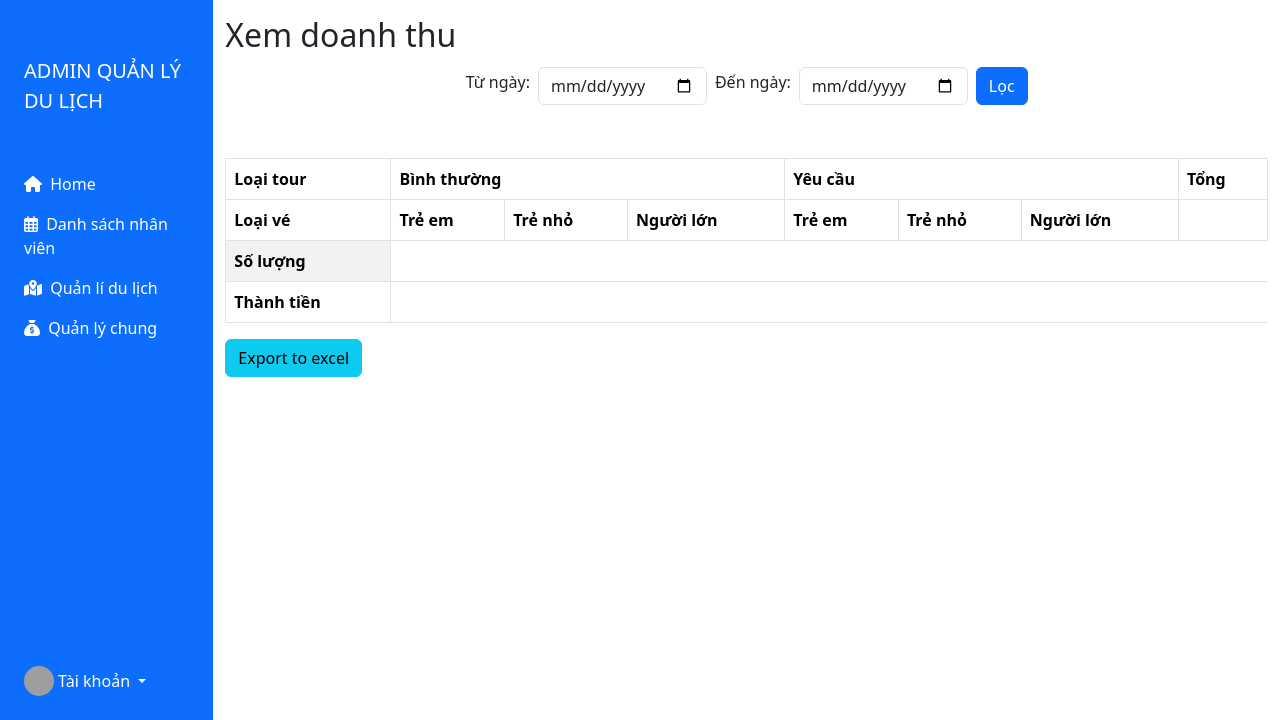
Repository: vantohuu/BOOKINGTOUR
Page: http://localhost/BOOKINGTOUR/WEB-INF/views/doanhthu/doanhthu.jsp
An editor plug-in stored every save of this project. The page is shown before and after the next save, followed by the edit.
The browser window is 1280 px wide. The pictures show the whole page.
Pictures or frames that could not be fetched are drawn as grey boxes. Some web libraries are served in a nearby version. The page is served by Tomcat 9. Nobody is signed in. Other server files are loaded and not shown. The template is opened directly, without the code that normally fills it, so the values that code supplies are empty.

Above is the page before, as saved 2023-06-05 23:49:15.
Console error: ReferenceError: $ is not defined

### BOOKINGTOUR/src/main/webapp/WEB-INF/views/doanhthu/doanhthu.jsp
<%@ page language="java" contentType="text/html; charset=UTF-8"
    pageEncoding="UTF-8"%>
        <%@ taglib uri="http://java.sun.com/jstl/core_rt" prefix="c"%>
<%@ taglib uri="http://java.sun.com/jstl/fmt_rt" prefix="f"%>
<!DOCTYPE html>
<html>
<head>
<meta charset="UTF-8">
 <link href="https://cdn.jsdelivr.net/npm/bootstrap@5.3.0-alpha1/dist/css/bootstrap.min.css" rel="stylesheet"
     integrity="sha384-GLhlTQ8iRABdZLl6O3oVMWSktQOp6b7In1Zl3/Jr59b6EGGoI1aFkw7cmDA6j6gD" crossorigin="anonymous">
     <script src="https://kit.fontawesome.com/ee36f81461.js" crossorigin="anonymous"></script>
<title>Admin quản lý du lịch</title>
</head>
<body>
<div class="container-fluid">
		<div class="row flex-nowrap">
   <%@ include file="../includes/Navbarc1.jsp" %>
    <script src="https://cdn.jsdelivr.net/npm/bootstrap@5.3.0-alpha1/dist/js/bootstrap.bundle.min.js" integrity="sha384-w76AqPfDkMBDXo30jS1Sgez6pr3x5MlQ1ZAGC+nuZB+EYdgRZgiwxhTBTkF7CXvN" crossorigin="anonymous"></script>

<div class="col py-3">

				<h2>Xem doanh thu</h2>
				<div class="d-flex justify-content-center align-items-center">
					<form action="doanhthu.htm"
						class="d-flex justify-content-center align-items-center">

						<p class="text-nowrap mt-2">Từ ngày:</p>
						<input class="form-control mx-2" name="tungay"
							data-provide="datepicker" type="date">
						<p class="text-nowrap mt-2">Đến ngày:</p>
						<input class="form-control mx-2" name="denngay"
							data-provide="datepicker" type="date">
						<div class="form-group row  ">
							<div class="col-sm-10">
								<button type="submit" class="btn btn-primary">Lọc</button>
							</div>
						</div>
					</form>
				</div>
				<table class="table table-bordered table-striped mt-5" id = "tbldemo">
					<thead>
						<tr>
							<th scope="col">Loại tour</th>
							<th scope="col" colspan="3">Bình thường</th>
							<th scope="col" colspan="3">Yêu cầu</th>
							<th scope="col" colspan="1">Tổng</th>

						</tr>
						<tr>
							<th scope="col">Loại vé</th>
							<th scope="col">Trẻ em</th>
							<th scope="col">Trẻ nhỏ</th>
							<th scope="col">Người lớn</th>
							<th scope="col">Trẻ em</th>
							<th scope="col">Trẻ nhỏ</th>
							<th scope="col">Người lớn</th>
							<th scope="col"></th>

						</tr>
					</thead>
					 <tbody>
						<tr>
							<th scope="row">Số lượng</th>
							<%-- <td>${c_ga_ngay}</td>
							<td>${c_ga_ngay}</td>
							<td>${c_so_dem}</td>
							<td>${c_ga_dem}</td>
							<td>${c_so_thang}</td>
							<td>${c_ga_thang}</td>
							<td>${c_so_ngay + c_so_dem + c_so_thang}</td>
							<td>${c_ga_ngay + c_ga_dem + c_ga_thang}</td>
							<td>${c_so_ngay + c_so_dem + c_so_thang + c_ga_ngay + c_ga_dem + c_ga_thang}</td> --%>
						</tr>
						<tr>
							<th scope="row">Thành tiền</th>
							<%-- <td>${s_ga_ngay}</td>
							<td>${s_ga_ngay}</td>
							<td>${s_so_dem}</td>
							<td>${s_ga_dem}</td>
							<td>${s_so_thang}</td>
							<td>${s_ga_thang}</td>
							<td>${s_so_ngay + s_so_dem + s_so_thang}</td>
							<td>${s_ga_ngay + s_ga_dem + s_ga_thang}</td>
							<td>${s_so_ngay + s_so_dem + s_so_thang + s_ga_ngay + s_ga_dem + s_ga_thang}</td> --%>
						</tr>
					</tbody>
				</table>
				<button id="btnexport" class = "btn btn-info">Export to excel</button>
				<script>
        $(function () {
            $("#btnexport").click(function () {
                $("#tbldemo").table2excel();
            });
        });
    </script>
			</div>
			</div>
			</div>




</body>
</html>

### BOOKINGTOUR/src/main/webapp/WEB-INF/views/includes/Navbarc1.jsp
<%@ page language="java" contentType="text/html; charset=UTF-8"
    pageEncoding="UTF-8"%>


        <div class="col-auto col-md-3 col-xl-2 px-sm-2 px-0t bg-primary">
            <div class="d-flex flex-column align-items-center align-items-sm-start px-3 pt-2 text-white min-vh-100 ">
                <a href="#" class="d-flex align-items-center pb-5 pt-5 mb-md-0 me-md-auto text-white text-decoration-none">
                    <span class="fs-5 d-none d-sm-inline">ADMIN QUẢN LÝ DU LỊCH</span>
                </a>
                <ul class="nav nav-pills flex-column mb-sm-auto mb-0 align-items-center align-items-sm-start " id="menu">
                    <li class="nav-item">
                        <a href="homeshow.htm" class="nav-link text-white align-middle px-0">
                           <i class="fa-solid fa-house"></i>
                            <span class="ms-1 d-none d-sm-inline">Home</span>
                        </a>
                    </li>
                  <li><a href="danhsachnhanvien.htm"
							class="nav-link text-white px-0 align-middle">
							<i class="fa-regular fa-calendar-days"></i> <span
								class="ms-1 d-none d-sm-inline">Danh sách nhân viên</span>
						</a></li>
						     </li>
                 <!--  <li><button onclick="goHome()">Go to Intro Page</button></li> -->
                    <li>
                        <a href="#submenu2" data-bs-toggle="collapse" class="nav-link text-white px-0 align-middle ">
                            <i class="fa-solid fa-map-location-dot"></i>
                            <span class="ms-1 d-none d-sm-inline">Quản lí du lịch</span></a>
                        <ul class="collapse nav flex-column ms-1" id="submenu2" data-bs-parent="#menu">
                            <li class="w-100">
                                <a href="dsdattour.htm" class="nav-link text-white px-0"> <span class="d-none d-sm-inline">Danh sách đặt tour</span></a>
                            </li>
                            <li>
                                <a href="diemdulich.htm" class="nav-link text-white px-0"> <span class="d-none d-sm-inline">Điểm du lịch</span></a>
                            </li>
                               <li>
                                <a href="dsdiemluutru.htm" class="nav-link text-white px-0"> <span class="d-none d-sm-inline">Điểm lưu trú</span></a>
                            </li>
                            <li>
                                <a href="dsTour.htm" class="nav-link text-white px-0"> <span class="d-none d-sm-inline">Tour</span></a>
                            </li>
                        </ul>
                    </li>
                     <li>
                        <a href="#submenu3" data-bs-toggle="collapse" class="nav-link text-white px-0 align-middle ">
                           <i class="fa-solid fa-sack-dollar"></i>
                            <span class="ms-1 d-none d-sm-inline">Quản lý chung</span></a>
                        <ul class="collapse nav flex-column ms-1" id="submenu3" data-bs-parent="#menu">
                            <li class="w-100">
                                <a href="doanhthu.htm" class="nav-link text-white px-0"> <span class="d-none d-sm-inline">Doanh thu</span></a>
                            </li>

                            <li>
                                <a href="dskhachhang.htm" class="nav-link text-white px-0"> <span class="d-none d-sm-inline">Khách hàng</span></a>
                            </li>

                            <li>
                                <a href="dsdotkhuyenmai.htm" class="nav-link text-white px-0"> <span class="d-none d-sm-inline">Khuyến mãi</span></a>
                            </li>
                        </ul>
                    </li>

                <hr>
                </ul>


                <div class="dropdown pb-4">
                    <a href="#" class="d-flex align-items-center text-white text-decoration-none dropdown-toggle" id="dropdownUser1" data-bs-toggle="dropdown" aria-expanded="false">
                        <img src="https://github.com/mdo.png" alt="hugenerd" width="30" height="30" class="rounded-circle">
                        <span class="d-none d-sm-inline mx-1">Tài khoản</span>
                    </a>
                    <ul class="dropdown-menu dropdown-menu-dark text-small shadow">

                        <li><a class="dropdown-item" href="suattcanhan.htm">Chỉnh sửa thông tin cá nhân</a></li>
                        <li><a class="dropdown-item" href="doimatkhau.htm">Đổi mật khẩu</a></li>
                        <li>
                            <hr class="dropdown-divider">
                        </li>
                        <li><a class="dropdown-item" href="logout.htm">Đăng xuất</a></li>
                    </ul>
                </div>
            </div>
        </div>

     <script>
    /* function goHome() {
        window.location.href = "danhsachnhanvien.htm";
    } */
</script>

After the next save:
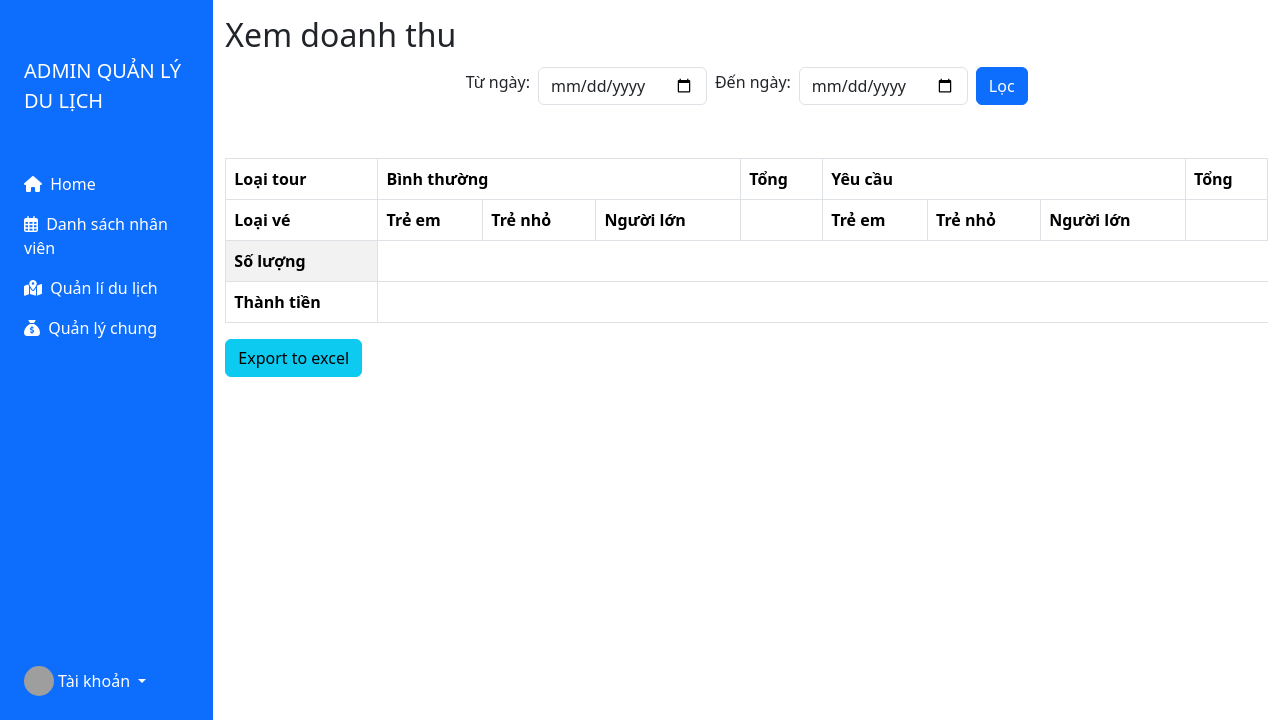
Saved 34 s later.
--- a/BOOKINGTOUR/src/main/webapp/WEB-INF/views/doanhthu/doanhthu.jsp
+++ b/BOOKINGTOUR/src/main/webapp/WEB-INF/views/doanhthu/doanhthu.jsp
@@ -42,6 +42,7 @@
 						<tr>
 							<th scope="col">Loại tour</th>
 							<th scope="col" colspan="3">Bình thường</th>
+							<th scope="col" colspan="1">Tổng</th>
 							<th scope="col" colspan="3">Yêu cầu</th>
 							<th scope="col" colspan="1">Tổng</th>
 
@@ -51,6 +52,7 @@
 							<th scope="col">Trẻ em</th>
 							<th scope="col">Trẻ nhỏ</th>
 							<th scope="col">Người lớn</th>
+							<th scope="col"></th>
 							<th scope="col">Trẻ em</th>
 							<th scope="col">Trẻ nhỏ</th>
 							<th scope="col">Người lớn</th>
